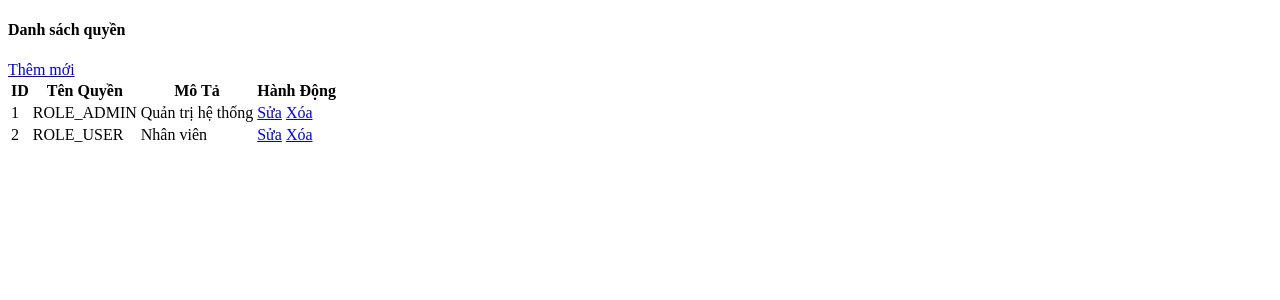
Repository: mindland/CrmApp
Page: http://localhost/CrmApp/WEB-INF/views/role/index.jsp
These files come from the project's save history. The page is drawn as it stood at one moment and after the next save; the edit follows.
The browser window is 1280 px wide. The pictures show the whole page.
The page is served by Tomcat 9. Nobody is signed in. The template is opened directly, without the code that normally fills it, so the values that code supplies are empty.

Above is the page before, as saved 2020-09-11 19:55:18.

After the next save:
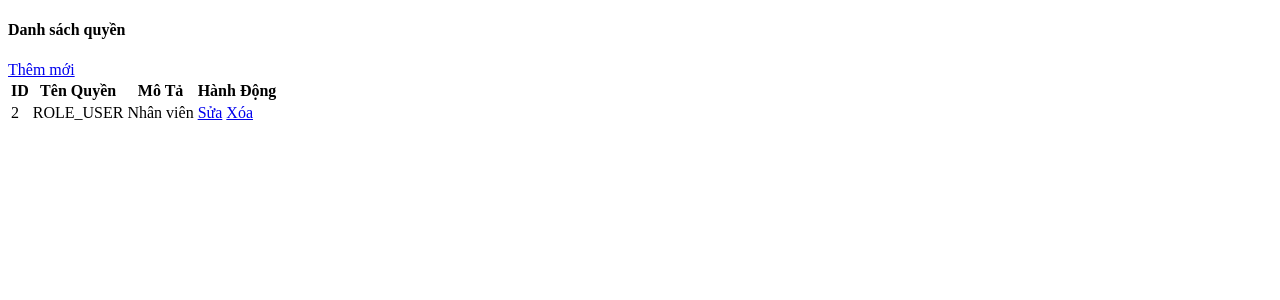
Saved 12 s later.
--- a/CrmApp/WebContent/WEB-INF/views/role/index.jsp
+++ b/CrmApp/WebContent/WEB-INF/views/role/index.jsp
@@ -32,13 +32,7 @@
 							</tr>
 						</thead>
 						<tbody>
-							<tr>
-								<td>1</td>
-								<td>ROLE_ADMIN</td>
-								<td>Quản trị hệ thống</td>
-								<td><a href="#" class="btn btn-sm btn-primary">Sửa</a> <a
-									href="#" class="btn btn-sm btn-danger">Xóa</a></td>
-							</tr>
+
 							<tr>
 								<td>2</td>
 								<td>ROLE_USER</td>
